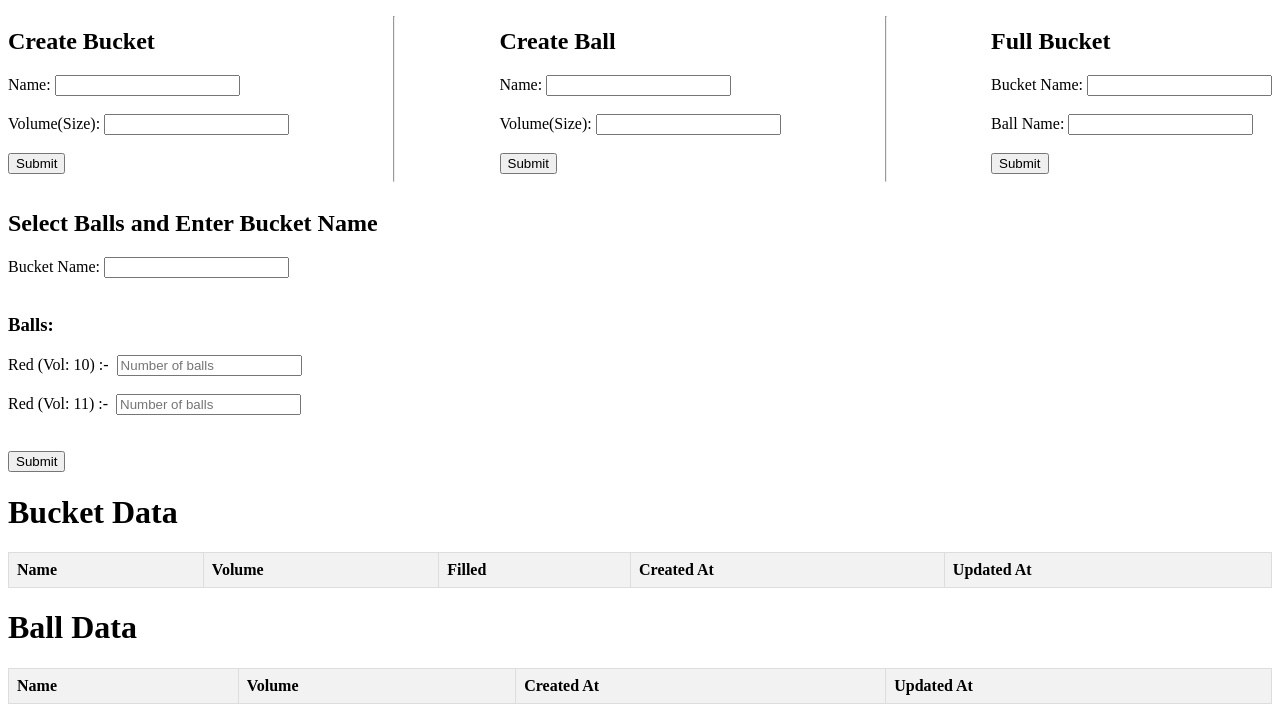
Repository: RajatPalankar8/nodejs_bucket_ball_task_new
Page: http://localhost/
These files come from the project's save history. The page is drawn as it stood at one moment and after the next save; the edit follows.
The browser window is 1280 px wide. The pictures show the whole page.
The page is served by the project's Node server (index.js). Other server files are loaded and not shown. Queries for data that is not in the repository find no rows.

Above is the page before, as saved 2023-07-28 11:39:46.

### views/index.ejs
<!DOCTYPE html>
<html>

<head>
  <style>
    table {
      border-collapse: collapse;
      width: 100%;
    }

    th,
    td {
      border: 1px solid #ddd;
      padding: 8px;
      text-align: left;
    }

    th {
      background-color: #f2f2f2;
    }
  </style>
  <title>Bucket Ball App</title>
</head>

<body>
  <div style="display: flex;">


    <form id="form1">
      <h2>Create Bucket</h2>
      <label for="name1">Name:</label>
      <input type="text" id="name" name="name" required><br><br>
      <label for="email1">Volume(Size):</label>
      <input type="text" id="vol" name="vol" required><br><br>
      <input type="submit" value="Submit">
      <p id="form1-response"></p>
    </form>
    <hr>
    <form id="form2">
      <h2>Create Ball</h2>
      <label for="name1">Name:</label>
      <input type="text" id="name" name="name" required><br><br>
      <label for="vol">Volume(Size):</label>
      <input type="text" id="vol" name="vol" required><br><br>
      <input type="submit" value="Submit">
      <p id="form2-response"></p>
    </form>
    <hr>
    <form id="form3">
      <h2>Full Bucket</h2>
      <label for="name3">Bucket Name:</label>
      <input type="text" id="bucketName" name="bucketName" required><br><br>
      <label for="vol">Ball Name:</label>
      <input type="text" id="ballName" name="ballName" required><br><br>
      <input type="submit" value="Submit">
      <p id="form3-response"></p>
    </form>
  </div>

  <h2>Select Balls and Enter Bucket Name</h2>
  <form id="ballForm">
    <label for="bucketName">Bucket Name:</label>
    <input type="text" id="bucketName" name="bucketName" required><br><br>

    <h3>Balls:</h3>
    <div id="ballList">
      <!-- Ball data from MongoDB will be dynamically added here -->
    </div>

    <br>
    <input type="submit" value="Submit">
  </form>
  <h1>Bucket Data</h1>
  <table>
    <thead>
      <tr>
        <th>Name</th>
        <th>Volume</th>
        <th>Filled</th>
        <th>Created At</th>
        <th>Updated At</th>
      </tr>
    </thead>
    <tbody>
      <% buckets.forEach(bucket=> { %>
        <tr>
          <td>
            <%= bucket.name %>
          </td>
          <td>
            <%= bucket.vol %>
          </td>
          <td>
            <%= bucket.filled.join(', ') %></td>
          <td><%= bucket.createdAt.toLocaleString() %></td>
          <td><%= bucket.updatedAt.toLocaleString() %></td>
        </tr>
      <% }); %>
    </tbody>
  </table>

  <h1>Ball Data</h1>
  <table>
    <thead>
      <tr>
        <th>Name</th>
        <th>Volume</th>
        <th>Created At</th>
        <th>Updated At</th>
      </tr>
    </thead>
    <tbody>
      <% balls.forEach(ball => { %>
        <tr>
          <td><%= ball.name %></td>
          <td><%= ball.vol %></td>
          <td><%= ball.createdAt.toLocaleString() %></td>
          <td><%= ball.updatedAt.toLocaleString() %></td>
        </tr>
      <% }); %>
    </tbody>
  </table>

  <script src="https://cdn.jsdelivr.net/npm/axios/dist/axios.min.js"></script>
  <script>
    // Function to handle form submission
    function createBucketEvent(event) {
      event.preventDefault(); // Prevent the default form submission

      // Get the form data
      const form = event.target;
      const formData = new FormData(form);

      // Convert form data to JSON object
      const jsonData = {};
      formData.forEach((value, key) => {
        jsonData[key] = value;
      });

      // Make a POST request to the backend API
      axios.post(' http://localhost:3000/createBucket', jsonData).then(response => {
        // Handle the API response
        const formId = form.id;
        const responseElement = document.getElementById(`${formId}-response`);
        responseElement.textContent = response.data.message;

        setTimeout(() => {
          location.reload();
        }, 1000);
      })
        .catch(error => {
          console.error(error); // Handle any errors
        });
    }

    function createBallEvent(event) {
      event.preventDefault(); // Prevent the default form submission

      // Get the form data
      const form = event.target;
      const formData = new FormData(form);

      // Convert form data to JSON object
      const jsonData = {};
      formData.forEach((value, key) => {
        jsonData[key] = value;
      });

      // Make a POST request to the backend API
      axios.post('http://localhost:3000/createBall', jsonData)
        .then(response => {
          // Handle the API response
          const formId = form.id;
          const responseElement = document.getElementById(`${formId}-response`);
          responseElement.textContent = response.data.message;
          setTimeout(() => {
            location.reload();
          }, 1000);
        })
        .catch(error => {
          console.error(error); // Handle any errors
        });
    }

    function fillBucketEvent(event) {
      event.preventDefault(); // Prevent the default form submission

      // Get the form data
      const form = event.target;
      const formData = new FormData(form);

      // Convert form data to JSON object
      const jsonData = {};
      formData.forEach((value, key) => {
        jsonData[key] = value;
      });

      // Make a POST request to the backend API
      axios.post('http://localhost:3000/fillBucket', jsonData)
        .then(response => {
          // Handle the API response
          const formId = form.id;
          const responseElement = document.getElementById(`${formId}-response`);
          responseElement.textContent = response.data.message;
          setTimeout(() => {
            location.reload();
          }, 1000);
        })
        .catch(error => {
          console.error(error); // Handle any errors
        });
    }

    // Attach event listeners to the forms
    const form1 = document.getElementById('form1');
    form1.addEventListener('submit', createBucketEvent);

    const form2 = document.getElementById('form2');
    form2.addEventListener('submit', createBallEvent);

    const form3 = document.getElementById('form3');
    form3.addEventListener('submit', fillBucketEvent);
  </script>


<script>

fetch('http://localhost:3000/getBallList') // Replace "/api/balls" with your server's endpoint
      .then(response => response.json())
      .then(balls => {
        createBallCheckboxes(balls);
      })
      .catch(error => console.error('Error fetching balls:', error));

  // Assuming you have the ball data from MongoDB in a JavaScript array called "balls"
  const balls = [
    {
      "_id": {
        "$oid": "64b3c8d344dc14d9ae78e18d"
      },
      "name": "Red",
      "vol": 10
    },
    {
      "_id": {
        "$oid": "64b3c8d344dc14d9ae78e18d"
      },
      "name": "Red",
      "vol": 11
    },
    // Add more ball objects here if needed
  ];

  // Function to dynamically create ball checkboxes and text fields in the form
  function createBallCheckboxes() {
    const ballListDiv = document.getElementById('ballList');
    balls.forEach(ball => {
      const checkbox = document.createElement('input');
      checkbox.type = 'checkbox';
      checkbox.name = 'balls';
      checkbox.value = ball._id.$oid;

      const label = document.createElement('label');
      label.innerHTML = `${ball.name} (Vol: ${ball.vol}) :- &nbsp;`;
      const inputField = document.createElement('input');
      inputField.type = 'number';
      inputField.name = `ball_${ball._id.$oid}`; // Each input field will have a unique name
      inputField.placeholder = 'Number of balls';

      ballListDiv.appendChild(label);
      ballListDiv.appendChild(inputField);
      ballListDiv.appendChild(document.createElement('br'));
      ballListDiv.appendChild(document.createElement('br'));
    });
  }

  // Call the function to create ball checkboxes and text fields on page load
  createBallCheckboxes();
</script>
</body>

</html>

### index.js
const app = require('./app');
const db = require('./config/db')
const port = 3000;
app.get('/',(req,res)=>{
    res.send('Hello World');
});

app.listen(port,()=>{
    console.log(`Server Listening on Port http://localhost:${port}`);
})

### app.js
const express = require("express");
const bodyParser = require("body-parser");
const bucketRouter = require('./routes/bucket.router');
const BucketModel = require('./model/bucket.model');
const BallModel = require('./model/ball.model');
const path = require("path");
const app = express();

app.use(bodyParser.json())
app.set("view engine", "ejs");
app.set("views", path.join(__dirname, "views"));
app.use(express.static(`${__dirname}/public`));


app.use("/", bucketRouter);

app.use("/", (req, res) => {
  BucketModel.find({})
    .then((buckets) => {
      // Render the HTML template with the fetched data
      BallModel.find({})
        .then((balls) => {
          // Render the HTML template with the fetched data
          res.render('index', { buckets, balls });
        })
        .catch((err) => {
          console.error(err);
          res.status(500).send('Internal Server Error');
        });
    })
    .catch((err) => {
      console.error(err);
      res.status(500).send('Internal Server Error');
    });
});


module.exports = app;

After the next save:
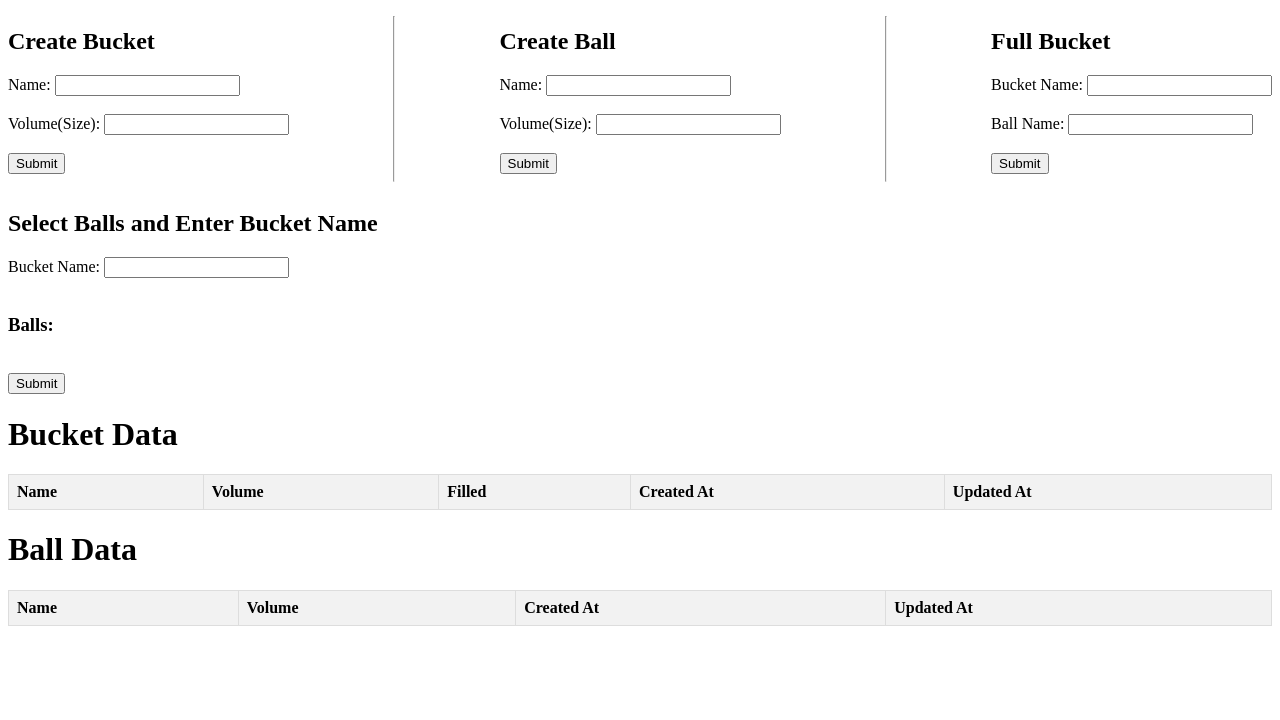
Console error: TypeError: Cannot read properties of undefined (reading 'forEach')
Saved 7 s later.
--- a/views/index.ejs
+++ b/views/index.ejs
@@ -252,7 +252,7 @@ fetch('http://localhost:3000/getBallList') // Replace "/api/balls" with your ser
   ];
 
   // Function to dynamically create ball checkboxes and text fields in the form
-  function createBallCheckboxes() {
+  function createBallCheckboxes(balls) {
     const ballListDiv = document.getElementById('ballList');
     balls.forEach(ball => {
       const checkbox = document.createElement('input');
